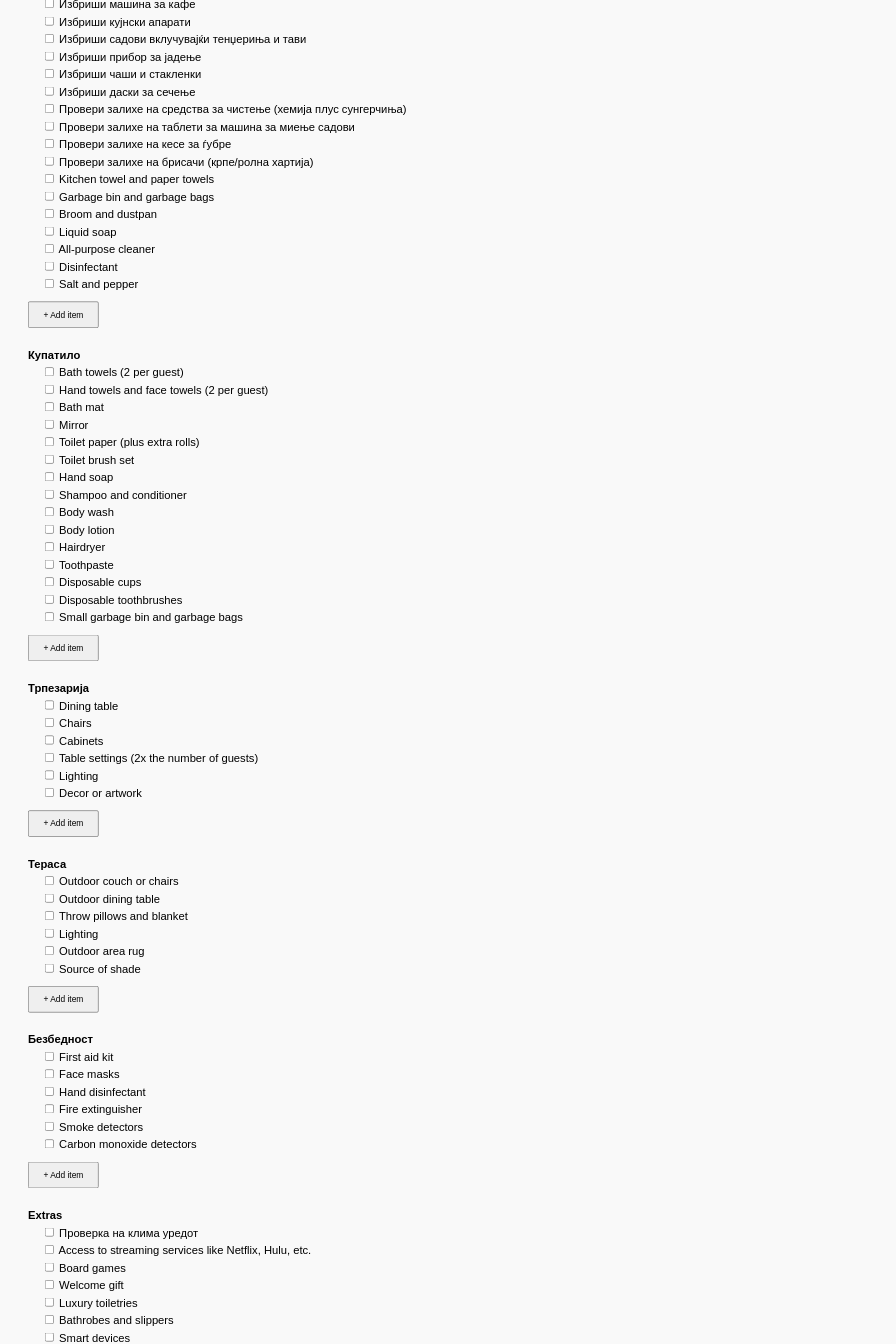
Repository: Z0ck0/Lynx-Apartment-Dashboard
Page: index.html
These files come from the project's save history. The page is drawn as it stood at one moment and after a run of saves; the edit follows.
The browser window is 1280 px wide. The pictures show the part of the page from y = 1711 to 3631 px (the page is 3987 px tall before and 3937 px after), at 70% of full size.

Above is the page before, as saved 2025-05-29 11:28:01.

After the next 2 saves:
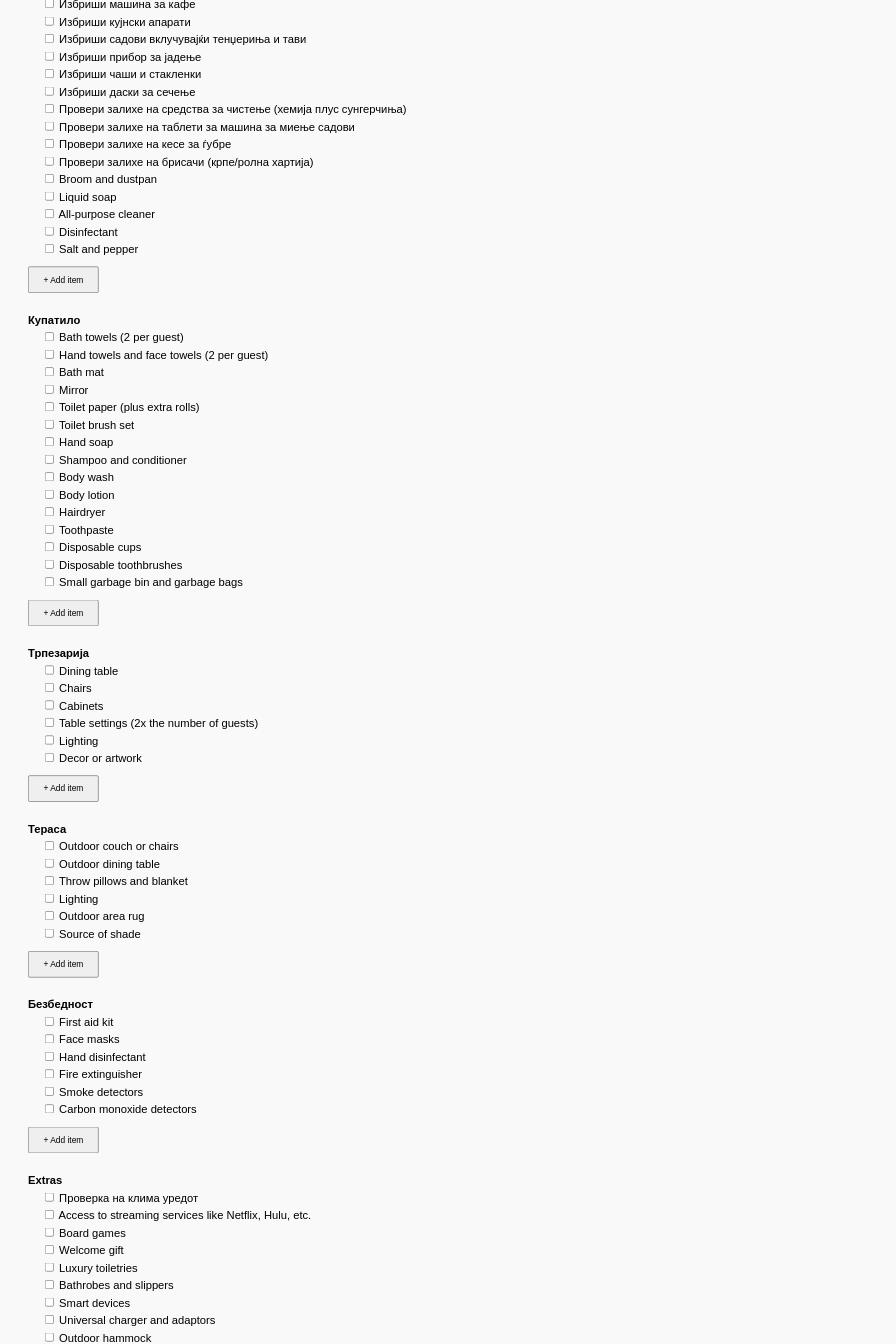
The 2 saves are shown as one change because they came seconds apart.
The last was saved 9 s later.
--- a/index.html
+++ b/index.html
@@ -244,8 +244,8 @@
           "Провери залихе на таблети за машина за миење садови",
           "Провери залихе на кесе за ѓубре",
           "Провери залихе на брисачи (крпе/ролна хартија)",
-          "Kitchen towel and paper towels",
-          "Garbage bin and garbage bags",
+
+
           "Broom and dustpan",
           "Liquid soap",
           "All-purpose cleaner",
